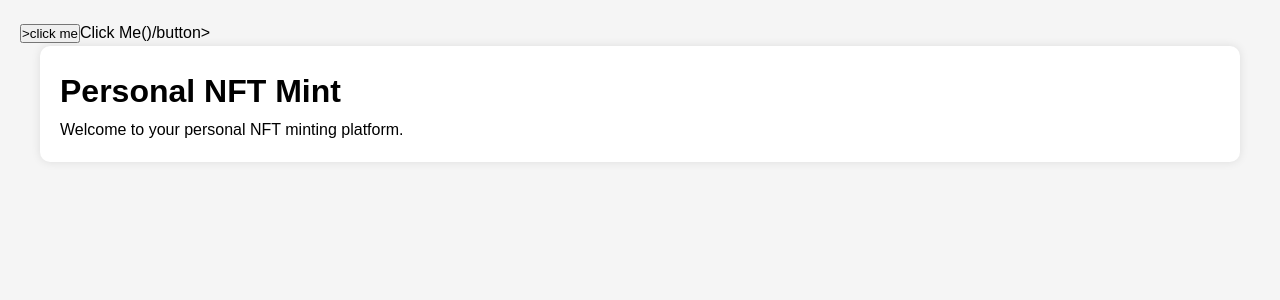
Repository: Ch3fC0d3/-MACT6340
Page: index.html
These files come from the project's save history. The page is drawn as it stood at one moment and after the next save; the edit follows.
The browser window is 1280 px wide. The pictures show the whole page.

Above is the page before, as saved 2025-01-15 09:59:50.

After the next save:
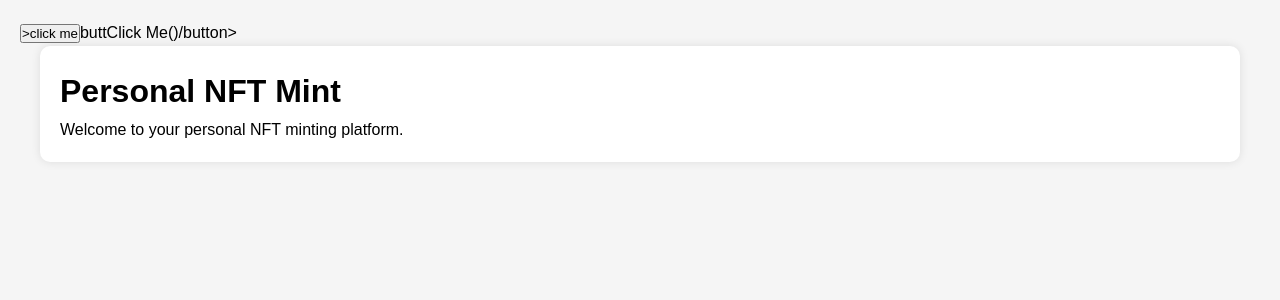
Saved 11 s later.
--- a/index.html
+++ b/index.html
@@ -11,7 +11,7 @@
     <link rel="stylesheet" href="./CSS/style.css">
 </head>
 <body>
-    <button id="TestButton">>click me</button></button>Click Me()/button>
+    <button id="TestButton">>click me</button>butt</button>Click Me()/button>
     <script type="module" src="./js/index.js"></script>
 </body>
 </html>
